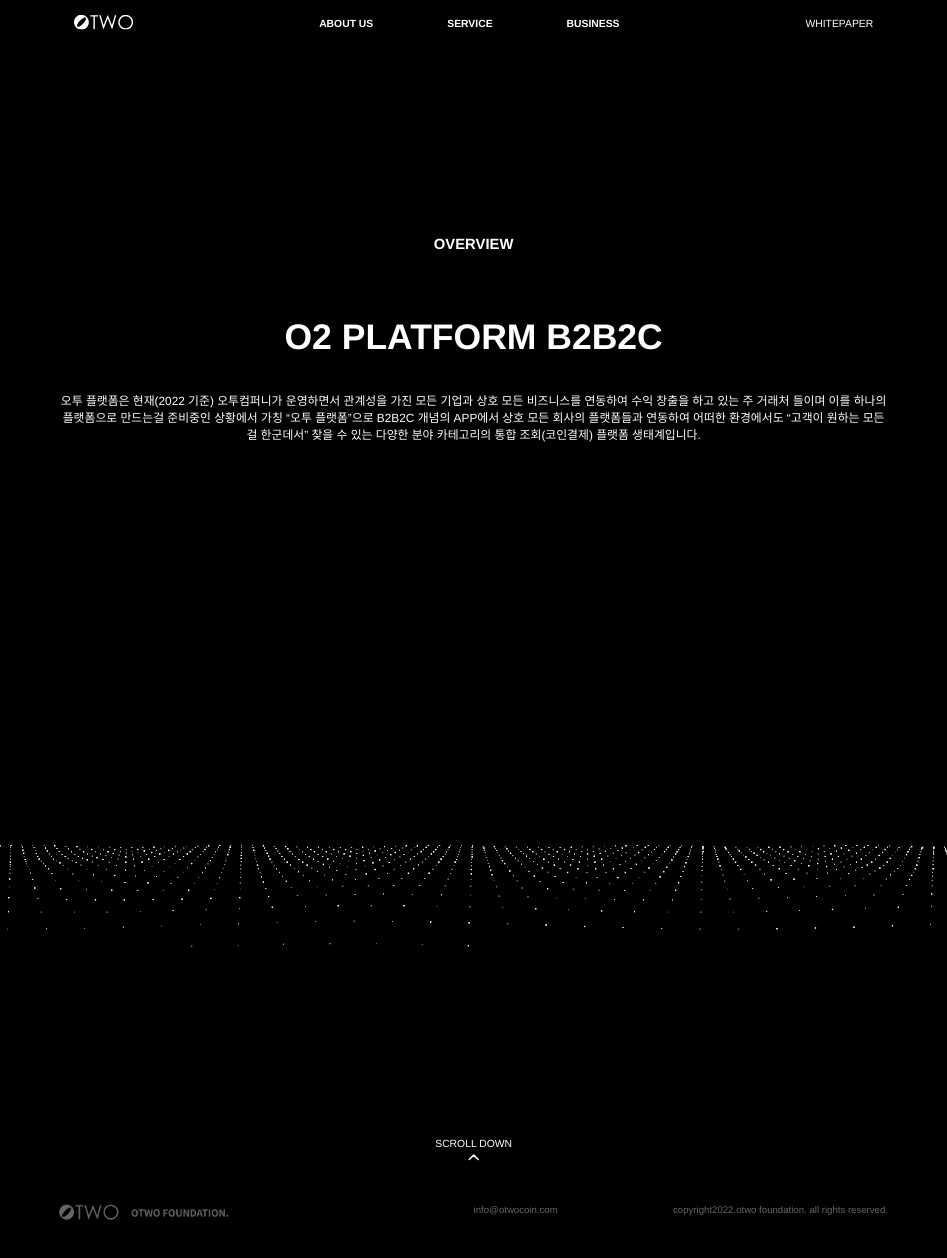
Repository: songhun115/Otwo
Page: service.html
The author's editor kept a copy of each file at every save. The page is drawn from the files as they stood at one save, then again after the next save.
The browser window is 1280 px wide. The pictures show the whole page, at 74% of full size.

Above is the page before, as saved 2022-11-18 10:32:14.
Not found: js/three.js

### service.html
<!DOCTYPE html>
<html lang="en">

<head>
    <meta charset="UTF-8">
    <meta http-equiv="X-UA-Compatible" content="IE=edge">
    <meta name="viewport" content="width=device-width, initial-scale=1.0">
    <link rel="stylesheet" href="css/reset.css">
    <link rel="stylesheet" href="css/content.css">
    <link rel="preconnect" href="https://fonts.googleapis.com">
    <link rel="preconnect" href="https://fonts.gstatic.com" crossorigin>
    <link href="https://fonts.googleapis.com/css2?family=Noto+Sans+KR:wght@300;400;500;700;900&display=swap"
        rel="stylesheet">
    <link rel="stylesheet" href="https://cdn.jsdelivr.net/npm/swiper/swiper-bundle.min.css" />
    <script src="https://cdnjs.cloudflare.com/ajax/libs/jquery/3.6.1/jquery.min.js"
        integrity="sha512-aVKKRRi/Q/YV+4mjoKBsE4x3H+BkegoM/em46NNlCqNTmUYADjBbeNefNxYV7giUp0VxICtqdrbqU7iVaeZNXA=="
        crossorigin="anonymous" referrerpolicy="no-referrer"></script>
    <script src="js/index.js"></script>
    <script src="js/three.js"></script>
    <script src="js/three.min.js"></script>
    <title>about</title>
</head>

<body>
    <div class="contaeiner">
        <header class="header">
            <nav class="nav-bar">
                <div class="logo">
                    <img src="img/logo-white.svg" alt="">
                </div>
                <ul class="nav-list">
                    <li class="nav-item">ABOUT US</li>
                    <li class="nav-item">SERVICE</li>
                    <li class="nav-item">BUSINESS</li>
                </ul>
                <div class="white-paper">
                    WHITEPAPER
                </div>
            </nav>
        </header>
        <section class="section overview">
            <h3>OVERVIEW</h3>
            <h1>O2 PLATFORM B2B2C</h1>
            <p>오투 플랫폼은 현재(2022 기준) 오투컴퍼니가 운영하면서 관계성을 가진 모든 기업과 상호 모든 비즈니스를 연동하여 수익 창출을 하고 있는
                주 거래처 들이며 이를 하나의 플랫폼으로 만드는걸 준비중인 상황에서 가칭 “오투 플랫폼”으로 B2B2C 개념의 APP에서 상호 모든 회사의 플랫폼들과 연동하여 어떠한 환경에서도 “고객이
                원하는
                모든걸 한군데서” 찾을 수 있는 다양한 분야 카테고리의 통합 조회(코인결제) 플랫폼 생태계입니다.</p>

        </section>


    </div>


    <div class="contaeiner-two">


        </div>
        <div id="canvas">
            <div class="scroll-up ">
                <p>SCROLL DOWN</p>
                <img src="img/chevron-up.svg" alt="">
            </div>

        </div>
        <script>
            window.addEventListener("DOMContentLoaded", () => {
            const w = window.innerWidth;
            const h = window.innerHeight / 2;
            const dpr = window.devicePixelRatio;

            const fov = 60;
            const fovRad = (fov / 2) * (Math.PI / 180);
            const dist = h / 2 / Math.tan(fovRad);

            const clock = new THREE.Clock();
            const particles = 5000;
            const pointSize = 2.5;

            const renderer = new THREE.WebGLRenderer();
            renderer.setSize(w, h);
            renderer.setClearColor(new THREE.Color(0x000000), 1.0);
            renderer.setPixelRatio(dpr);

            const container = document.getElementById("canvas");
            container.appendChild(renderer.domElement);

            const camera = new THREE.PerspectiveCamera(fov, w / h, 1, dist * 2);
            camera.position.x = 0;
            camera.position.y = 0;
            camera.position.z = 10;

            const scene = new THREE.Scene();

            const geo = new THREE.BufferGeometry();
            let positions = [];
            let x, y, z;

            const width = 400 * (w / h);

            const depth = 400;
            const distance = 10;

            for (let x = 0; x < width; x += distance) {
              for (let z = 0; z < depth; z += distance) {
                positions.push(-width / 2 + x, -30, -depth / 2 + z);
              }
            }
            let positionAttribute = new THREE.Float32BufferAttribute(positions, 3);
            geo.addAttribute("position", positionAttribute);

            const mat = new THREE.ShaderMaterial({
              uniforms: {
                u_time: {
                  value: 0.0
                }
              },
              vertexShader: `
              #define M_PI 3.1415926535897932384626433832795

              precision mediump float;
              uniform float u_time;
              void main() {
                vec3 p = position;
                p.y += (
                  cos(p.x / M_PI * 8.0 + u_time * 2.0) +
                  sin(p.z / M_PI * 8.0 + u_time * 2.0)
                );
                gl_PointSize = 1.5;
                gl_Position = projectionMatrix * modelViewMatrix * vec4(p, 1.0);
              }
              `,
              fragmentShader: `
              precision mediump float;
              void main() {
                gl_FragColor = vec4(1.0, 1.0, 1.0, 1.0);
              }
              `
            });

            const mesh = new THREE.Points(geo, mat);
            scene.add(mesh);

            render();

            function render() {
              const time = clock.getElapsedTime();
              mesh.material.uniforms.u_time.value = time;
              renderer.render(scene, camera);
              requestAnimationFrame(render);
            }
          });
          </script>
          <footer class="footer">
            <div class="footer-left">
                <img src="img/footer-left.png" alt="">
            </div>
            <div class="footer-right">
                <p>info@otwocoin.com</p>
                <p>copyright2022.otwo foundation. all rights reserved.</p>
            </div>
        </footer>
</body>

</html>

### css/reset.css
html, body, div, span, applet, object, iframe,
h1, h2, h3, h4, h5, h6, p, blockquote, pre,
a, abbr, acronym, address, big, cite, code,
del, dfn, em, img, ins, kbd, q, s, samp,
small, strike, strong, sub, sup, tt, var,
b, u, i, center,
dl, dt, dd, ol, ul, li,
fieldset, form, label, legend,
table, caption, tbody, tfoot, thead, tr, th, td,
article, aside, canvas, details, embed,
figure, figcaption, footer, header, hgroup,
menu, nav, output, ruby, section, summary,
time, mark, audio, video {
	margin: 0;
	padding: 0;
	border: 0;
	font-size: 100%;
	font: inherit;
	vertical-align: baseline;

}
/* HTML5 display-role reset for older browsers */
article, aside, details, figcaption, figure,
footer, header, hgroup, menu, nav, section {
	display: block;
}
body {
	line-height: 1;
  overflow-x: hidden;
  overflow-y: scroll;
}
ol, ul {
	list-style: none;
}
blockquote, q {
	quotes: none;
}
blockquote:before, blockquote:after,
q:before, q:after {
	content: '';
	content: none;
}
table {
	border-collapse: collapse;
	border-spacing: 0;
}
a,span{display: inline-block;}
body{font-family: 'Noto Sans KR', sans-serif; color: #fff;}
section h1 {font-size: 48px; line-height: 70px; color:#fff; font-weight: 700;}
section p {line-height: 23px; font-weight: 400; font-size: 16px;}
h2{font-size: 32px; font-weight: 700; line-height: 46px;}


html,
body {
  position: relative;
  height: 100%;
}

body {
  background: #eee;
  font-family: Helvetica Neue, Helvetica, Arial, sans-serif;
  font-size: 14px;
  color: #000;
  margin: 0;
  padding: 0;
}

.swiper {
  width: 100%;
  height: 100%;
}

.swiper-slide {
  text-align: center;
  font-size: 18px;


  /* Center slide text vertically */
  display: -webkit-box;
  display: -ms-flexbox;
  display: -webkit-flex;
  display: flex;
  -webkit-box-pack: center;
  -ms-flex-pack: center;
  -webkit-justify-content: center;
  justify-content: center;
  -webkit-box-align: center;
  -ms-flex-align: center;
  -webkit-align-items: center;
  align-items: center;
}

.swiper-slide img {
  display: block;
  width: 100%;
  height: 100%;
  object-fit: cover;
}
.service-swiper{ overflow: inherit !important; max-width: 1120px !important;}

### css/content.css
.intro{height: 100vh;}
canvas{    position: absolute; left: 0; top: 0; z-index: -1;}
.contaeiner{max-width: 1120px; margin: 0 auto;}
.contaeiner-two{max-width: 1120px; margin: 0 auto;}
body{background-color: #000; color: #fff;}
/*! 헤더  */
.header{position: absolute; left: 50%; top: 0; transform: translateX(-50%); width: 100%; max-width: 1120px; margin: 0 auto;  z-index: 11;}
.nav-bar{display: flex; justify-content: space-between; align-items: center; padding: 20px;}
.nav-list{display: flex; align-items: center;}
.nav-item{padding:0 50px; font-weight: 700;font-size: 14px;line-height: 20px; cursor: pointer;}
/*!메인페이지   */
.intro{position: relative;}
.intro-box{display: flex; flex-direction: column; align-items: center; justify-content: center; text-align: center; width: 100%;height: 100%;}
.pur-button{border: 1px solid #A600FF;border-radius: 50px; display: flex;flex-direction: row;justify-content: center;align-items: center;gap: 10px; transition: 0.3s; width: 216px;height: 45px; cursor: pointer;}
.pur-button:hover{background-color: #A600FF; }
.pur-button:hover > button{color:#D9D9D9;}
.intro-box > p{padding: 40px 0 80px 0;}
.pur-button button{border: none;outline: none; color:#A600FF; background-color: transparent; font-weight: 700; font-size: 17px; line-height: 25px;}
.scroll-down{position: absolute; bottom: 50px; left: 50%; transform: translateX(-50%);}
.scroll-down > p {font-weight: 300; padding-bottom:7px; color: #fff; color: pu;}


/*! 메인 service */
.service{padding-top: 320px;}
.service-content{display: flex; justify-content: space-between; align-items: center;}
.service-left.service-right{width: 50%;}
.service-left > p,.business-box-left p{padding-top: 40px; font-size: 16px;}
.service-category-box{display: flex; flex-direction: column; justify-content: start; align-items: flex-start; text-align: left; padding-right: 40px; box-sizing: border-box;}
.service-category-box > h4 {font-size: 20px; line-height: 29px; font-weight: 400; margin:40px 0 20px 0;}
.service-category-box > p {font-size: 16px;}

.service-swiper{padding:120px 0 100px 0!important; box-sizing: border-box !important;}
.swiper-button-prev,
.swiper-button-next{top: 90% !important;  }
.swiper-button-prev{left:0 !important;}
.swiper-button-next{left: 64px !important;}
.swiper-button-next:after, .swiper-button-prev:after{content: "" !important;font-family: none !important;width: 20px !important;height: 20px !important;}
.swiper-button-next:after{background-image: url("../img/chevron-right.svg") !important;}
.swiper-button-prev:after{background-image: url("../img/chevron-left.svg") !important;}


  /*!메인 Business */
  .business{padding-top: 370px;}
  .business-box{display: flex; justify-content: space-between; align-items: center;}
  .business-box-left .pur-button{margin-top: 80px;}
  .business-box-left{width: 58%;}
  business-box-right{width: 42%;}
  .scroll-up{position: absolute;bottom: 0;left: 50%;transform: translateX(-50%);text-align: center;}
  #canvas{position: relative; height: 100%; max-height: 659px;}
  /* #canvas canvas{ height: 1000px !important;} */
  /* #canvas canvas{height: 1000px;} */
  /*! 푸터   */
  .footer{max-width: 1120px; margin: 0 auto; display: flex; justify-content: space-between; padding: 50px 0;}
  footer-left,
  .footer-right{width: 50%;}
  .footer-right{display: flex; justify-content: space-between; opacity: 0.4; font-size: 13px; line-height: 13px;}



  /*! 어바웃 */
  .canvas-one-wrap{position: relative; max-height: 659px; height: 100%;}
  .canvas-one{ top: 50%;left: 50%; transform: translate(-50%, -50%); margin-top: 100px; background-image: url(../img/logo-purple.png);background-repeat: no-repeat;background-position: center}
  .contaeiner-two{padding-top: 320px;}
  .overview{padding-top: 320px; text-align: center; }
  .overview > h3{font-weight: 700; font-size: 20px;}
  .our-values{text-align: center;}
  .our-values > h1{margin:80px 0 40px 0;}
  .overview > h1{margin:80px 0 40px 0}
  .our-values-list{display: flex; justify-content: space-between; padding-top: 120px;}
  .our-values-item{text-align: left;}
  .our-values-category {margin:20px 0 32px 0; font-size: 24px; font-weight: 600;}

  .advisor{padding-top: 480px;}
  .advisor > h2{margin: 80px 0 120px 0;}
  .member-info {padding:40px 40px 60px 40px; box-sizing: border-box;}
  .advisor-member-list{    display: grid;grid-template-columns: repeat(3,1fr);gap: 40px}
  .advisor-member-item{background: #252525; border-radius: 20px; }
  .member-name{font-size: 20px; font-weight: 700;}
  .member-info > div{display: flex; align-items: center; justify-content: space-between; margin-top: 5px;}
  .member-photo img{ width: 100%;}
  .more-button{    max-width: 216px;margin: 120px auto;}
  .advisor-member-item-more{display: none;}
  .advisor-member-item-more.show{display: block;}

### js/index.js
$(document).ready(function () {
    $('.more-button').click(function () {
        $('.advisor-member-item-more').addClass('show');
    });
});

Loaded but not shown: js/three.min.js (library)

After the next save:
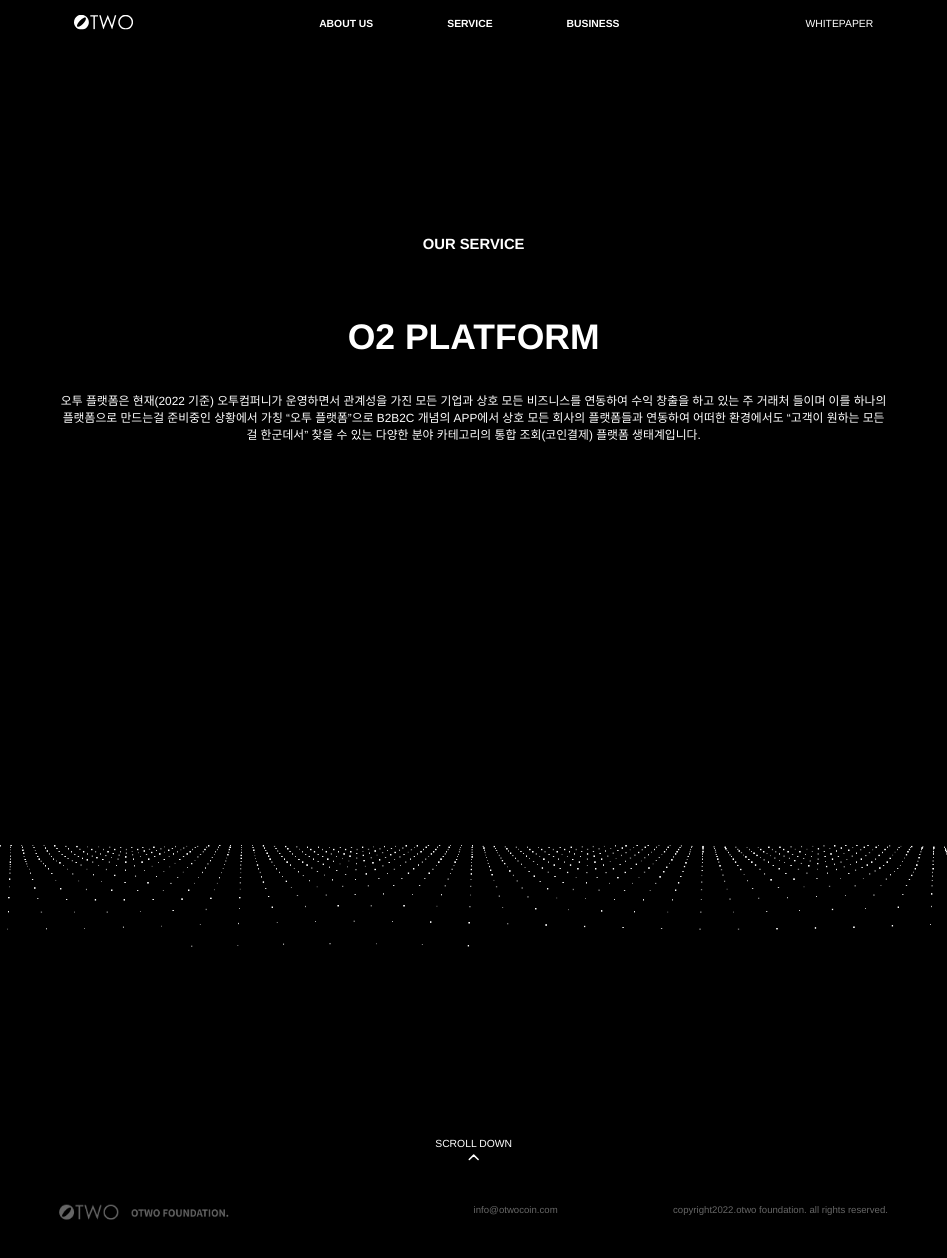
Saved 53 s later.
--- a/service.html
+++ b/service.html
@@ -39,12 +39,10 @@
             </nav>
         </header>
         <section class="section overview">
-            <h3>OVERVIEW</h3>
-            <h1>O2 PLATFORM B2B2C</h1>
+            <h3>OUR SERVICE</h3>
+            <h1>O2 PLATFORM</h1>
             <p>오투 플랫폼은 현재(2022 기준) 오투컴퍼니가 운영하면서 관계성을 가진 모든 기업과 상호 모든 비즈니스를 연동하여 수익 창출을 하고 있는
-                주 거래처 들이며 이를 하나의 플랫폼으로 만드는걸 준비중인 상황에서 가칭 “오투 플랫폼”으로 B2B2C 개념의 APP에서 상호 모든 회사의 플랫폼들과 연동하여 어떠한 환경에서도 “고객이
-                원하는
-                모든걸 한군데서” 찾을 수 있는 다양한 분야 카테고리의 통합 조회(코인결제) 플랫폼 생태계입니다.</p>
+                주 거래처 들이며 이를 하나의 플랫폼으로 만드는걸 준비중인 상황에서 가칭 “오투 플랫폼”으로 B2B2C 개념의 APP에서 상호 모든 회사의 플랫폼들과 연동하여 어떠한 환경에서도 “고객이 원하는 모든걸 한군데서” 찾을 수 있는 다양한 분야 카테고리의 통합 조회(코인결제) 플랫폼 생태계입니다.</p>
 
         </section>
 
